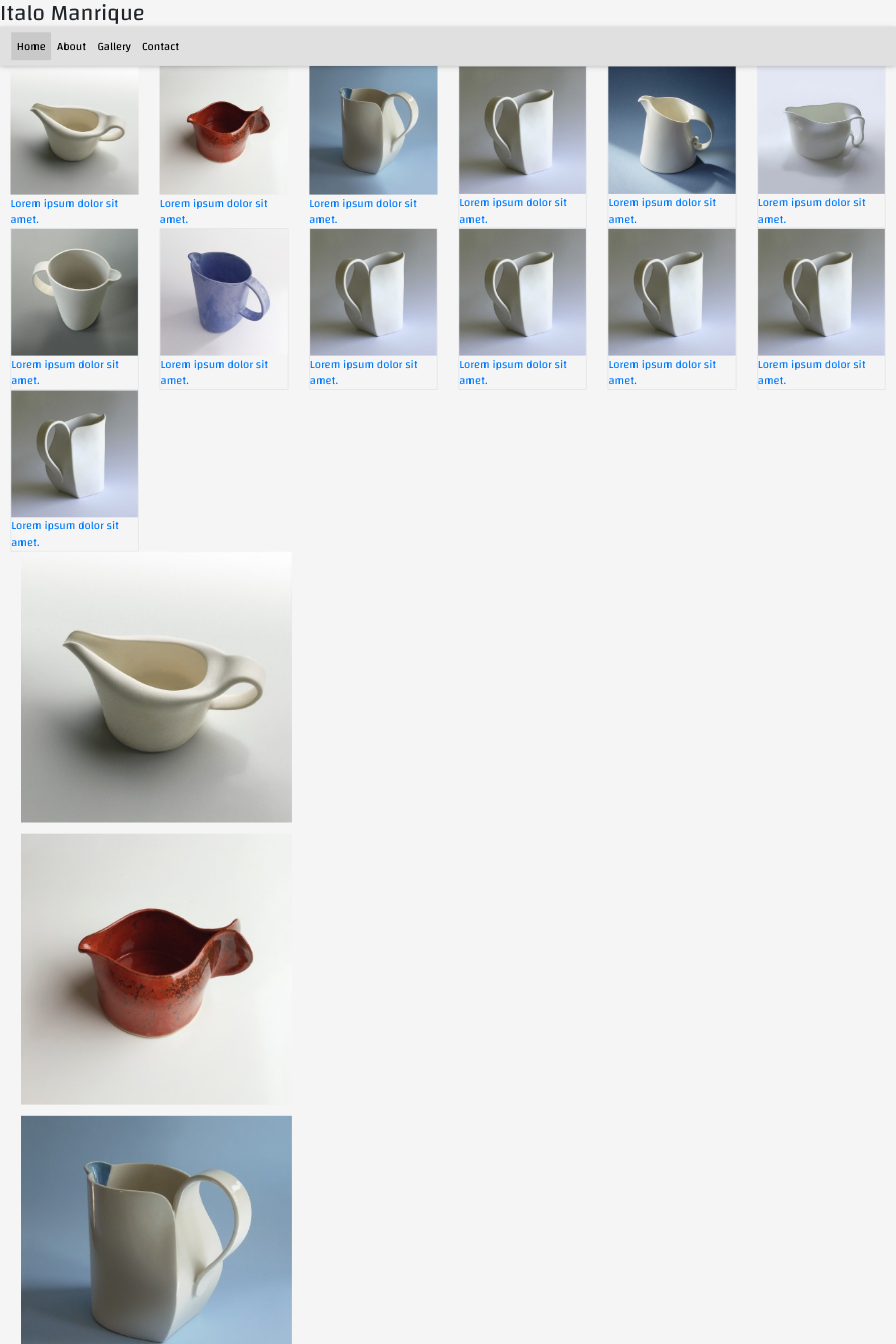
Repository: ManrOsca/ceramics
Page: MDB/gallery.html
The author's editor kept a record of every edit. The page is drawn from the files as they stood at one moment, then again after the next edit.
The browser window is 1280 px wide. The pictures show the part of the page from y = 0 to 1920 px (the page is 6023 px tall), at 70% of full size.

Above is the page before.

After the next edit:
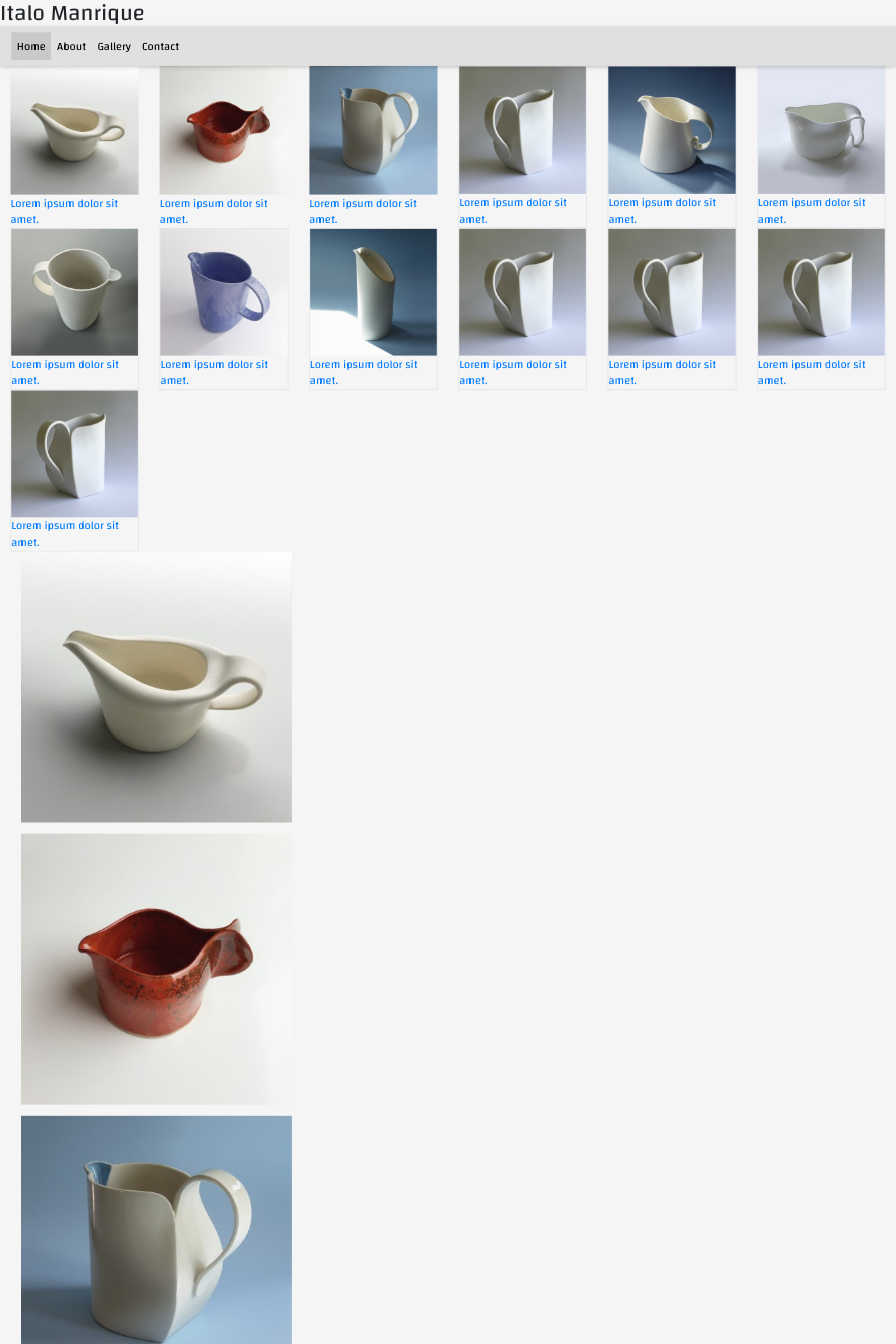
The edit:
--- a/MDB/gallery.html
+++ b/MDB/gallery.html
@@ -143,8 +143,8 @@
 
                 <div class="col-lg-2 col-sm-4">
                   <div class="img-thumbnail">
-                      <a href="img/jug-2.jpg">
-                     <img src="img/jug-2-thumb.jpg" alt="jug-7" class="img-responsive">
+                      <a href="img/jug-7.jpg">
+                     <img src="img/jug-7-thumb.jpg" alt="jug-7" class="img-responsive">
                      <div class="caption">Lorem ipsum dolor sit amet.</div>
                      </a>
                   </div>
